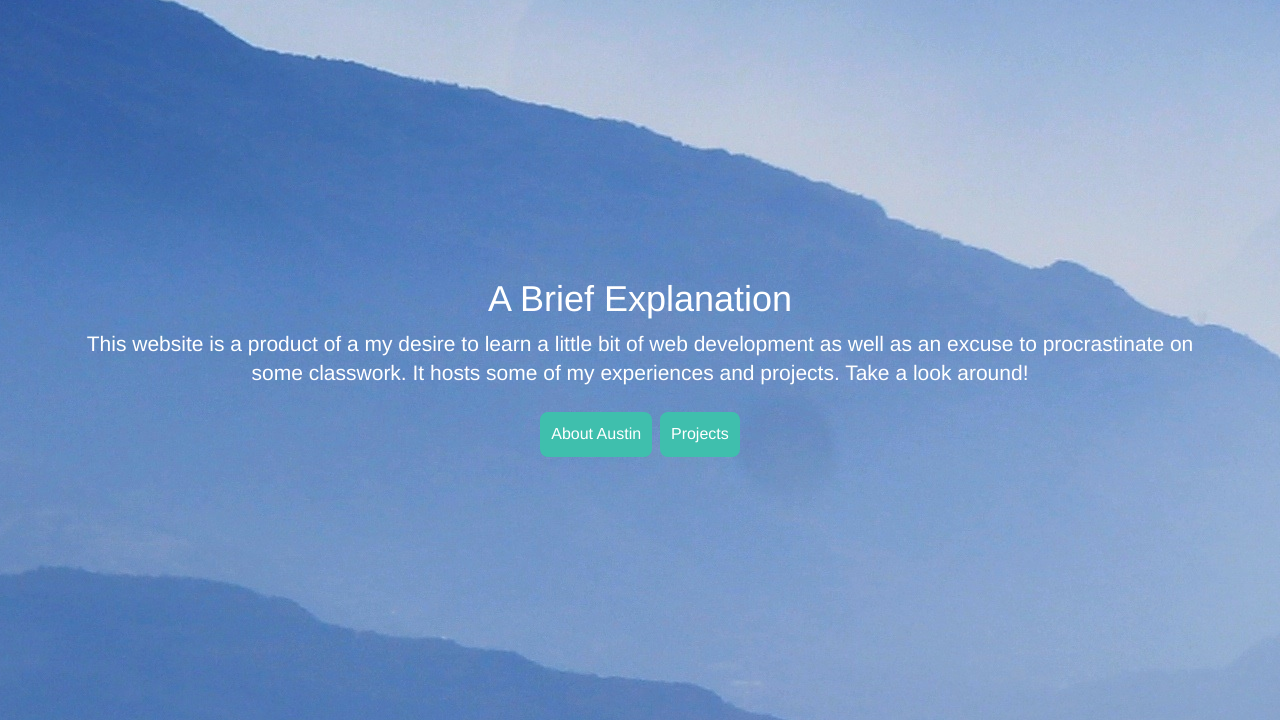
Repository: austinHerring/PersonalWebsite
Page: PersonalWebsite/WebContent/index.html
These files come from the project's save history. The page is drawn as it stood at one moment and after the next save; the edit follows.
The browser window is 1280 px wide. The pictures show the whole page.

Above is the page before, as saved 2016-06-12 23:58:35.

After the next save:
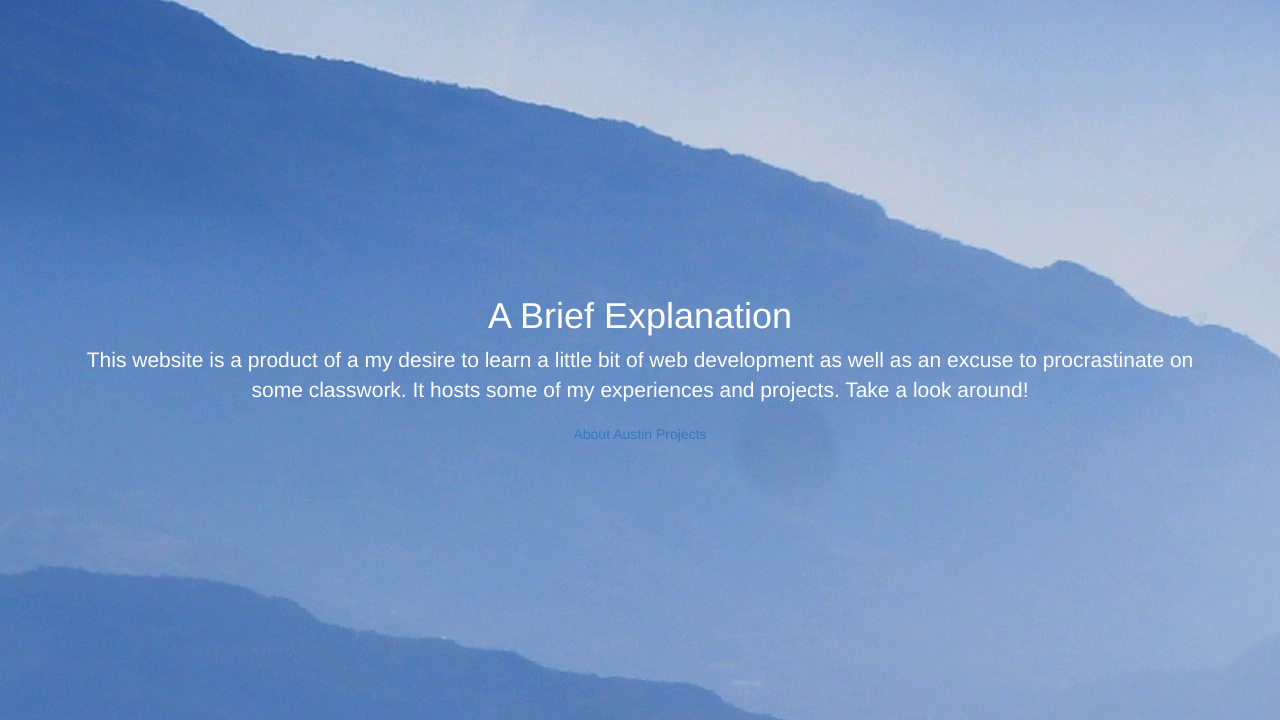
Saved 8 s later.
--- a/PersonalWebsite/WebContent/css/main.css
+++ b/PersonalWebsite/WebContent/css/main.css
@@ -16,32 +16,3 @@ body {
     display: table-cell;
     vertical-align: middle;
 }
-
-.button {
-    background-color: #3fbfad;
-    border: none;
-    color: white;
-    padding: 8px 8px;
-    text-align: center;
-    text-decoration: none;
-    display: inline-block;
-    font-size: 16px;
-    margin: 4px 2px;
-    -webkit-transition-duration: 0.4s; /* Safari */
-    transition-duration: 0.4s;
-    cursor: pointer;
-    border-radius: 8px;
-}
-
-.button1 {
-    background-color: #3fbfad;
-    color: white;
-    border: 3px solid #3fbfad;
-}
-
-.button1:hover {
-    background:rgba(0,0,0,0);
-    color: white;
-    text-decoration: none;
-    border: 3px solid white;
-}
